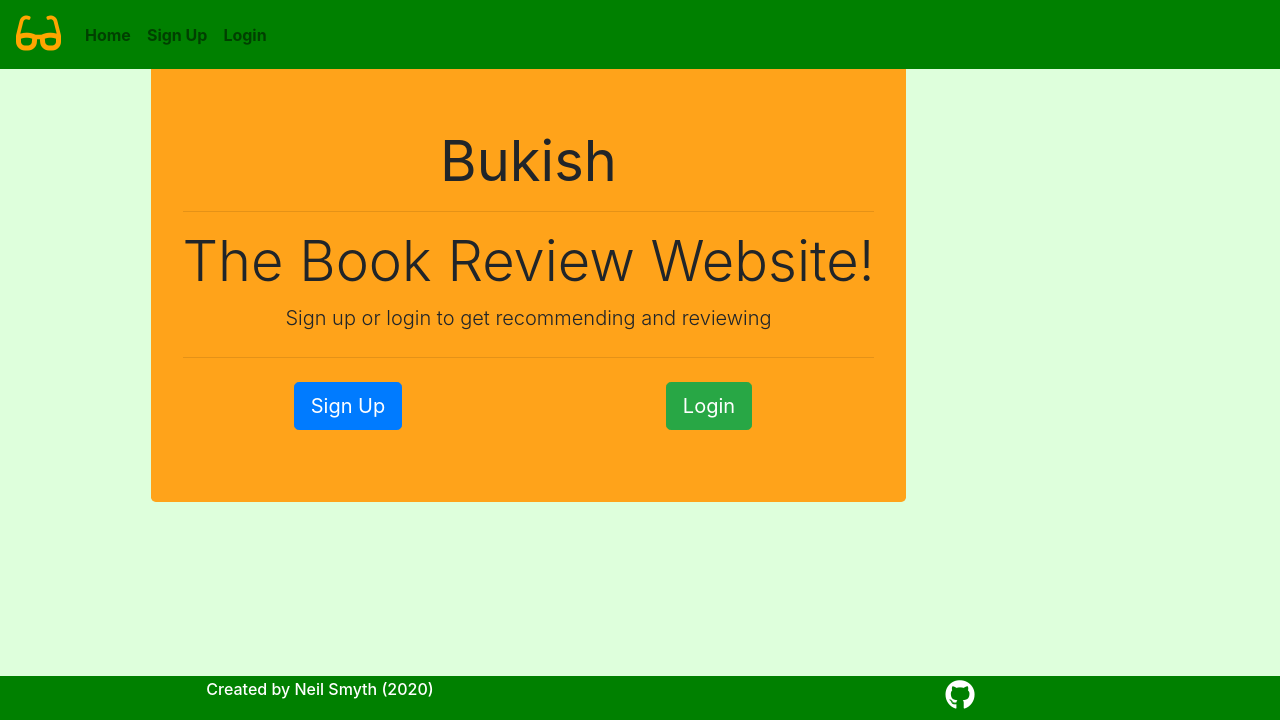
Repository: NeiloErnesto89/Data_Centric_Dev_Milestone_Project3
Page: templates/index.html
The author's editor kept a record of every edit. The page is drawn from the files as they stood at one moment, then again after the next edit.
The browser window is 1280 px wide. The pictures show the whole page.
Some web libraries are served in a nearby version. The template is drawn by Flask 3. The application's start-up code is not run. The template is opened directly, without the code that normally fills it, so the values that code supplies are empty.

Above is the page before.

After the next edit:
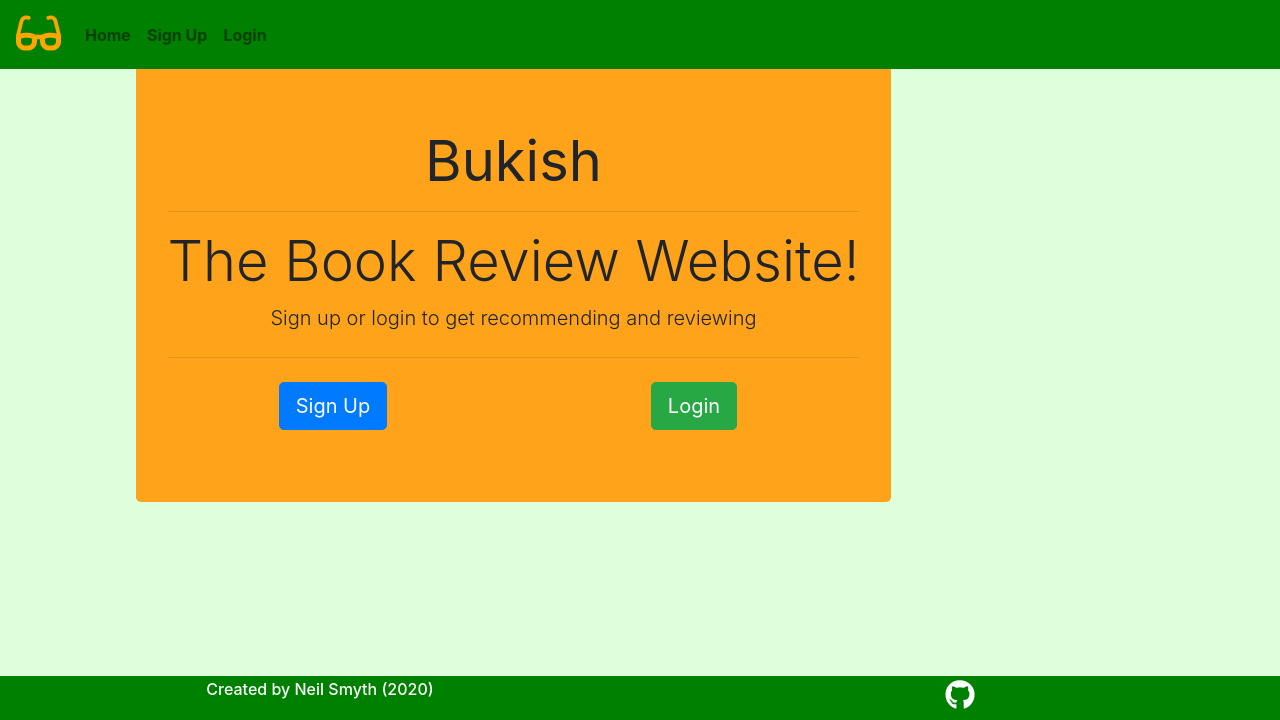
The edit:
--- a/templates/index.html
+++ b/templates/index.html
@@ -1,7 +1,7 @@
 {% extends "base.html"%} {% block content %}
 
 
-    <div class="container-fluid">
+   <!-- <div class="container-fluid"> -->
         <div class="row">
             <div class="jumbotron mt-3">
                 <h1 class="display-4 text-center"><b>Bukish</b></h1>
